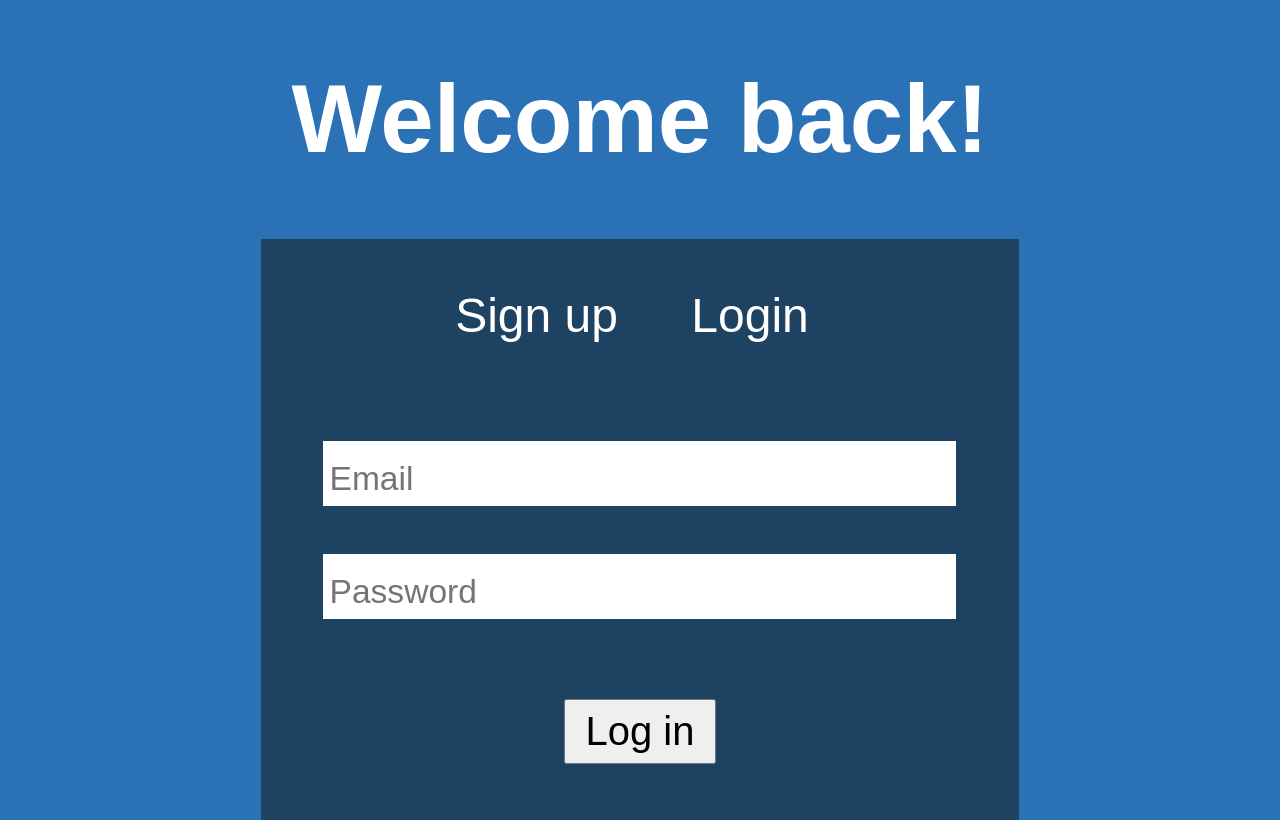
Repository: NicolasssCarlos/basic-flask-login
Page: http://localhost/
An editor plug-in stored every save of this project. The page is shown before and after the next save, followed by the edit.
The browser window is 1280 px wide. The pictures show the whole page.
The page is served by the project's application, run on Flask 3 (app.py).

Above is the page before, as saved 2025-06-11 21:05:48.

After the next save:
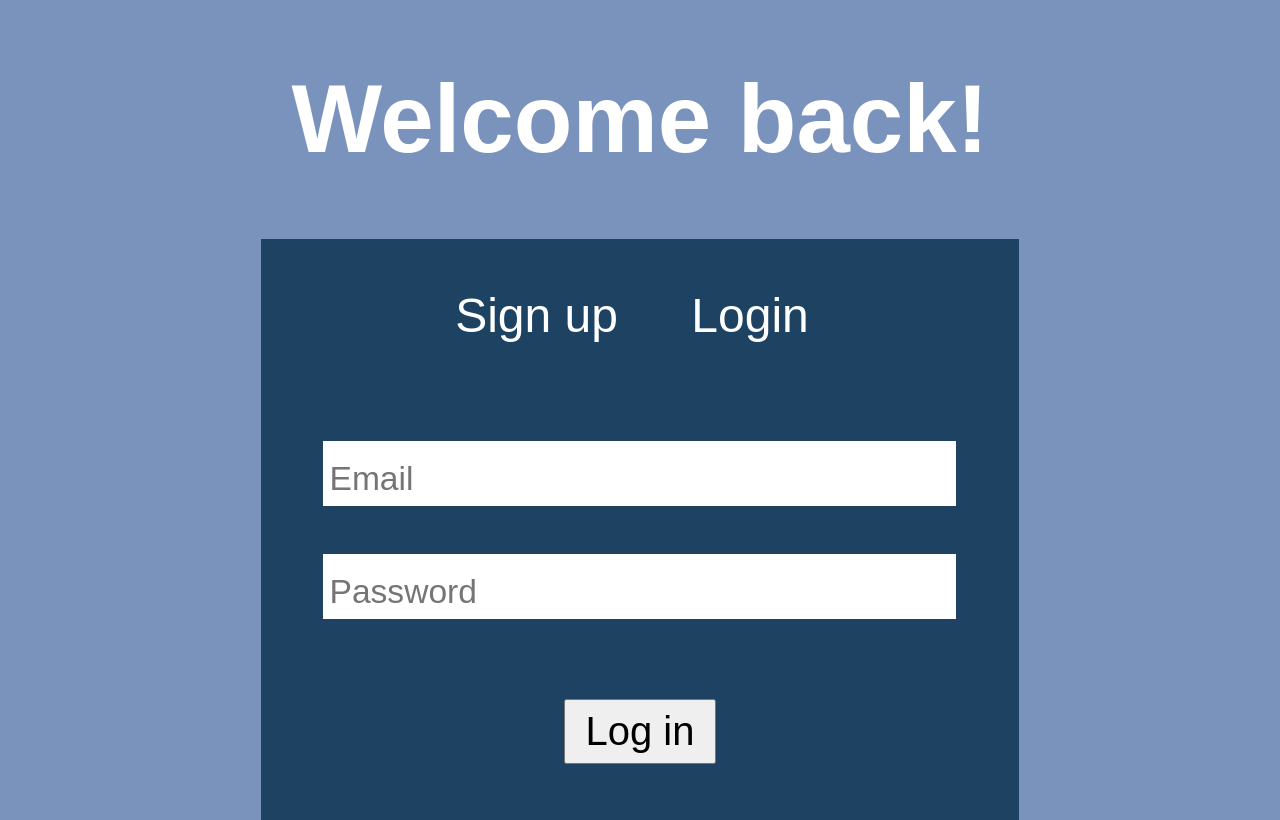
Saved 17 s later.
--- a/static/main.css
+++ b/static/main.css
@@ -6,7 +6,7 @@
     font-size: 3rem;
 
 
-    background-color: #2a72b5;
+    background-color: #7a93bc;
 
 
     color: #fff;
